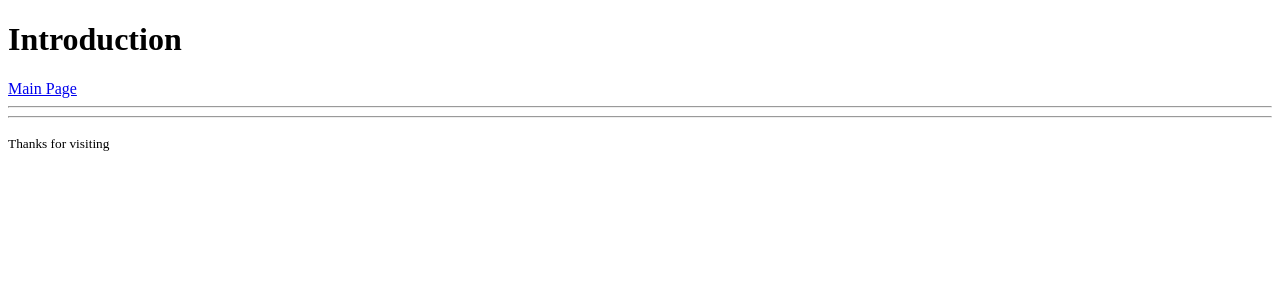
Repository: cjj343/html_resume
Page: introduction.html
The author's editor kept a record of every edit. The page is drawn from the files as they stood at one moment, then again after the next edit.
The browser window is 1280 px wide. The pictures show the whole page.

Above is the page before.

### introduction.html
<!DOCTYPE html>
<html>
    <html lang="en">
<head>
    <meta charset="UTF-8">
    <title>Resume with HTML</title>
</head>
<body>
    <div>
        <h1>Introduction</h1>
        <a href="index.html">Main Page</a>
        <hr>
    </div>

    <div>

    </div>

    <div>
        <hr>
        <p><small>Thanks for visiting</small></p>
    </div>
</body>
</html>

After the next edit:
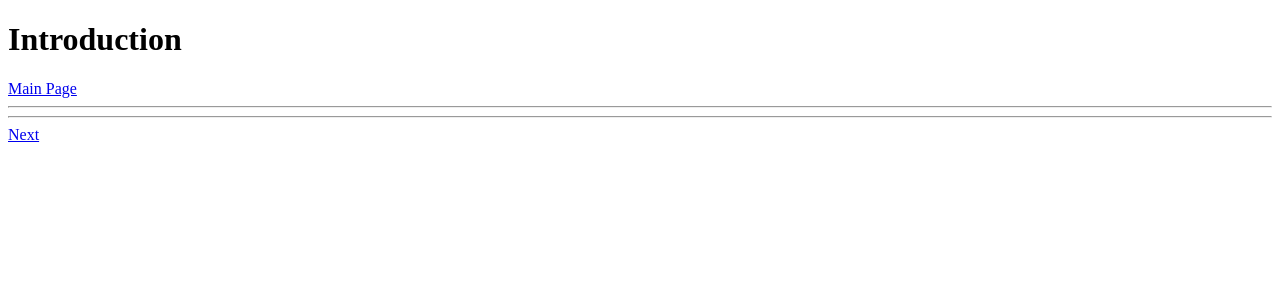
The edit:
--- a/introduction.html
+++ b/introduction.html
@@ -18,7 +18,7 @@
 
     <div>
         <hr>
-        <p><small>Thanks for visiting</small></p>
+        <a href="at_a_glance.html">Next</a>
     </div>
 </body>
 </html>
